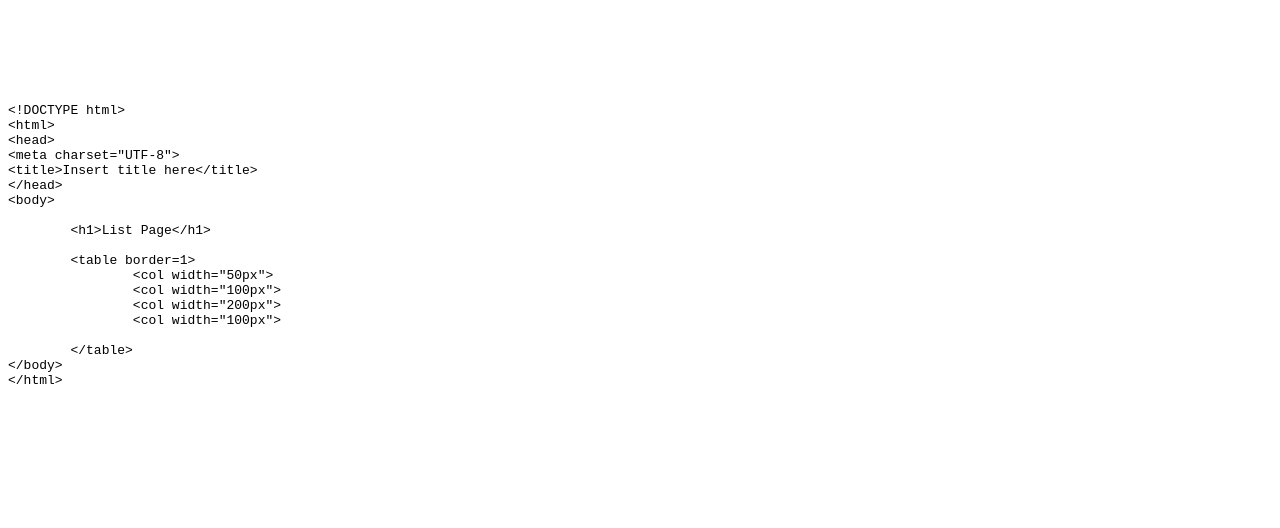
Repository: yyci12/TIL
Page: http://localhost/Jsp01_MyBoard/
An editor plug-in stored every save of this project. The page is shown before and after the next save, followed by the edit.
The browser window is 1280 px wide. The pictures show the whole page.
The page is served by Tomcat 9. The database holds what the project's SQL file puts in it.

Above is the page before, as saved 2022-05-25 06:16:36.

### Web/Jsp01_MyBoard/WebContent/index.jsp
<%@ page language="java" contentType="text/html; charset=UTF-8"
    pageEncoding="UTF-8"%>
<!DOCTYPE html>
<html>
<head>
<meta charset="UTF-8">
<title>Insert title here</title>
</head>
<body>
	<%--
	<h1>시작</h1>
	<%for(int i=0; i<3; i++){ %>
		<b>안녕</b>
	<%} %>
	--%>
	<jsp:forward page="./mylist.jsp"></jsp:forward> <%-- jsp 액션태그 --%>
</body>
</html>

### Web/Jsp01_MyBoard/WebContent/mylist.jsp
<%@ page language="java" contentType="text/html; charset=UTF-8"
    pageEncoding="UTF-8"%>
<%request.setCharacterEncoding("UTF-8"); %>
<%response.setContentType("text/thml; charset=UTF-8"); %>
  <%@page import="com.my.dao.MyBoardDao"%>
  <%@page import="com.my.dto.MyBoardDto"%>
  <%@page import="java.util.List" %>
<!DOCTYPE html>
<html>
<head>
<meta charset="UTF-8">
<title>Insert title here</title>
</head>
<body>
<%
	MyBoardDao dao = new MyBoardDao();
	List<MyBoardDto> list  = dao.selectAll();
%>
	<h1>List Page</h1>

	<table border=1>
		<col width="50px">
		<col width="100px">
		<col width="200px">
		<col width="100px">

	</table>
</body>
</html>

### Web/Jsp01_MyBoard/src/com/my/dao/MyBoardDao.java
package com.my.dao;

import java.sql.Connection;
import java.sql.DriverManager;
import java.sql.ResultSet;
import java.sql.SQLException;
import java.sql.Statement;
import java.util.ArrayList;
import java.util.List;

import com.my.dto.MyBoardDto;

public class MyBoardDao {
	Connection con = null;

	public MyBoardDao() {
		//드라이버 등록
		try {
			Class.forName("com.mysql.jdbc.Driver");
			System.out.println("01. driver연결");
		} catch (ClassNotFoundException e) {
			System.out.println("01. driver 연결실패");
			e.printStackTrace();
		}
	}

	//전체출력
	public List<MyBoardDto> selectAll(){
		try {
			con = DriverManager.getConnection("jdbc:mysql://localhost:3306/multi","root","1234");
			System.out.println("02.연결성공");
		} catch (SQLException e) {
			// TODO Auto-generated catch block
			System.out.println("02.연결실패");
			e.printStackTrace();
		}

		Statement stmt = null;
		ResultSet rs = null;
		List<MyBoardDto> res = new ArrayList<MyBoardDto>();
		String sql = "SELECT * FROM MYBOARD";

		try {
			stmt = con.createStatement();
			System.out.println("03. query 준비 :" +sql);

			rs = stmt.executeQuery(sql);
			System.out.println("04. query 실행 및 리턴");
			while(rs.next()) {
				MyBoardDto dto = new MyBoardDto(rs.getInt(1),rs.getString(2),rs.getString(3),
												rs.getString(4),rs.getDate(5));
				res.add(dto);
			}
		} catch (SQLException e) {
			System.out.println("3/4단계에러");
			e.printStackTrace();
		}finally {
			try {
				rs.close();
				stmt.close();
				con.close();
				System.out.println("05.db종료\n");
			} catch (SQLException e) {
				System.out.println("05.db종료 에러\n");
				e.printStackTrace();
			}
		}
		System.out.println();
		return res;
	}


}

### Web/Jsp01_MyBoard/src/com/my/dto/MyBoardDto.java
package com.my.dto;

import java.util.Date;

public class MyBoardDto {
	private int myno;
	private String myname;
	private String mytitle;
	private String mycontent;
	private Date mydate;

	public MyBoardDto() {
		super();
		// TODO Auto-generated constructor stub
	}

	public MyBoardDto(int myno, String myname, String mytitle, String mycontent, Date mydate) {
		super();
		this.myno = myno;
		this.myname = myname;
		this.mytitle = mytitle;
		this.mycontent = mycontent;
		this.mydate = mydate;
	}

	public int getMyno() {
		return myno;
	}
	public void setMyno(int myno) {
		this.myno = myno;
	}
	public String getMyname() {
		return myname;
	}
	public void setMyname(String myname) {
		this.myname = myname;
	}
	public String getMytitle() {
		return mytitle;
	}
	public void setMytitle(String mytitle) {
		this.mytitle = mytitle;
	}
	public String getMycontent() {
		return mycontent;
	}
	public void setMycontent(String mycontent) {
		this.mycontent = mycontent;
	}
	public Date getMydate() {
		return mydate;
	}
	public void setMydate(Date mydate) {
		this.mydate = mydate;
	}

}

### Web/Jsp01_MyBoard/build/classes/myboard.sql (the tables this page reads)
CREATE table MYBOARD(
	MYNO INT auto_increment primary key,
	MYNAME VARCHAR(100) not null,
	MYTILTE VARCHAR(2000) not null,
	MYCONTENT VARCHAR(4000) not null,
	MYDATE DATE not null
);

INSERT into MYBOARD VALUES(null,'관리자','게시판 테스트','테스트중입니다. 123456789ABCD',NOW());

After the next save:
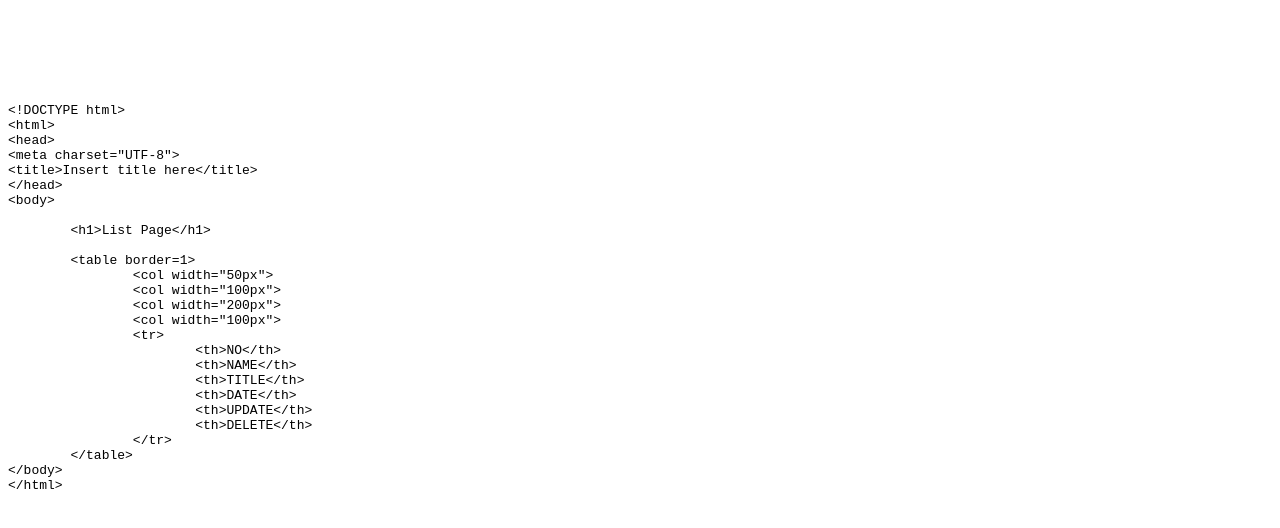
Saved 64 s later.
--- a/Web/Jsp01_MyBoard/WebContent/mylist.jsp
+++ b/Web/Jsp01_MyBoard/WebContent/mylist.jsp
@@ -23,7 +23,14 @@
 		<col width="100px">
 		<col width="200px">
 		<col width="100px">
-
+		<tr>
+			<th>NO</th>
+			<th>NAME</th>
+			<th>TITLE</th>
+			<th>DATE</th>
+			<th>UPDATE</th>
+			<th>DELETE</th>
+		</tr>
 	</table>
 </body>
 </html>
